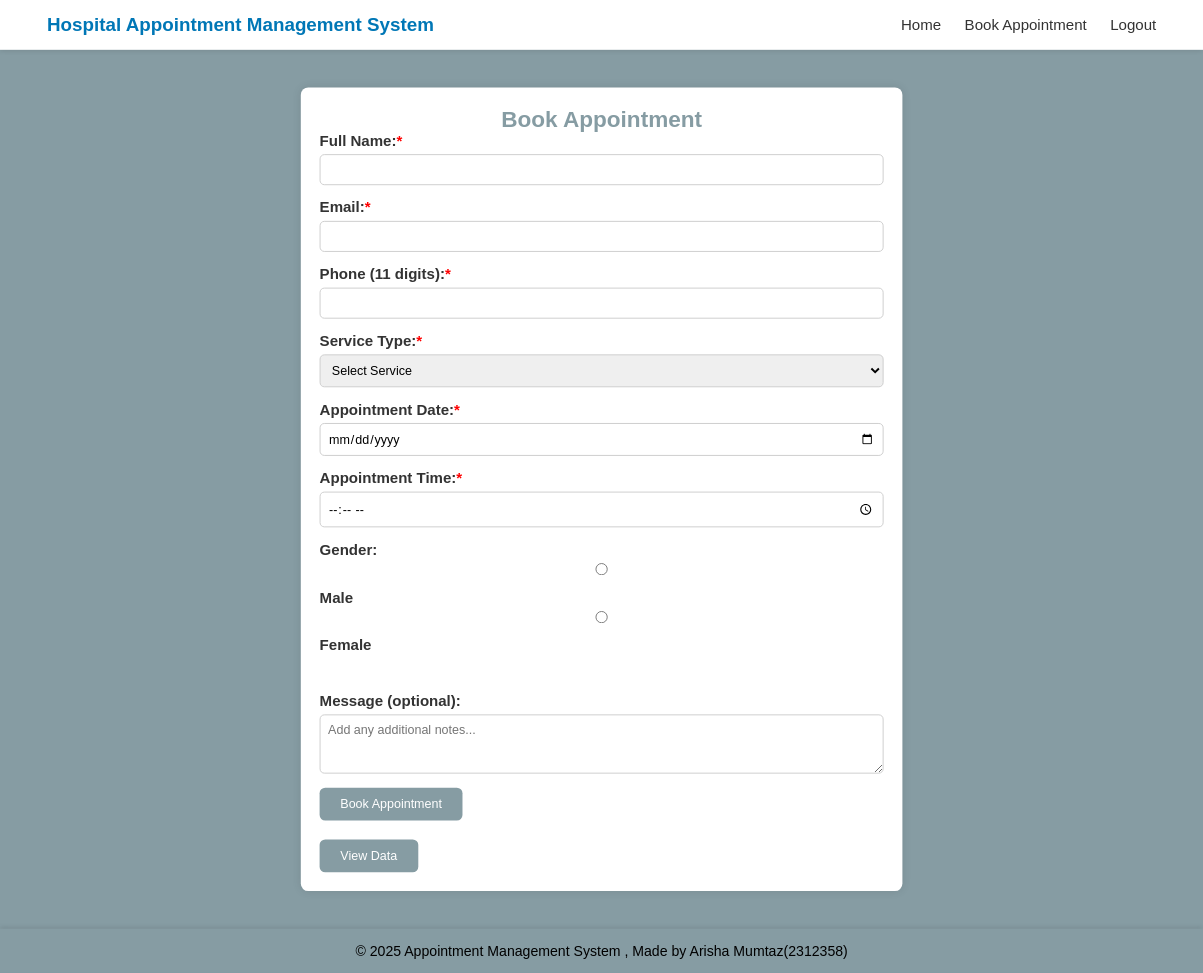
Repository: Arisha004/Hospital-appointment-management-system-
Page: http://localhost/
An editor plug-in stored every save of this project. The page is shown before and after the next save, followed by the edit.
The browser window is 1280 px wide. The pictures show the whole page, at 94% of full size.
The page is run by PHP 8.4 with error messages shown; the project is at /var/www/html/.

Above is the page before, as saved 2025-11-16 14:40:36.

After the next save:
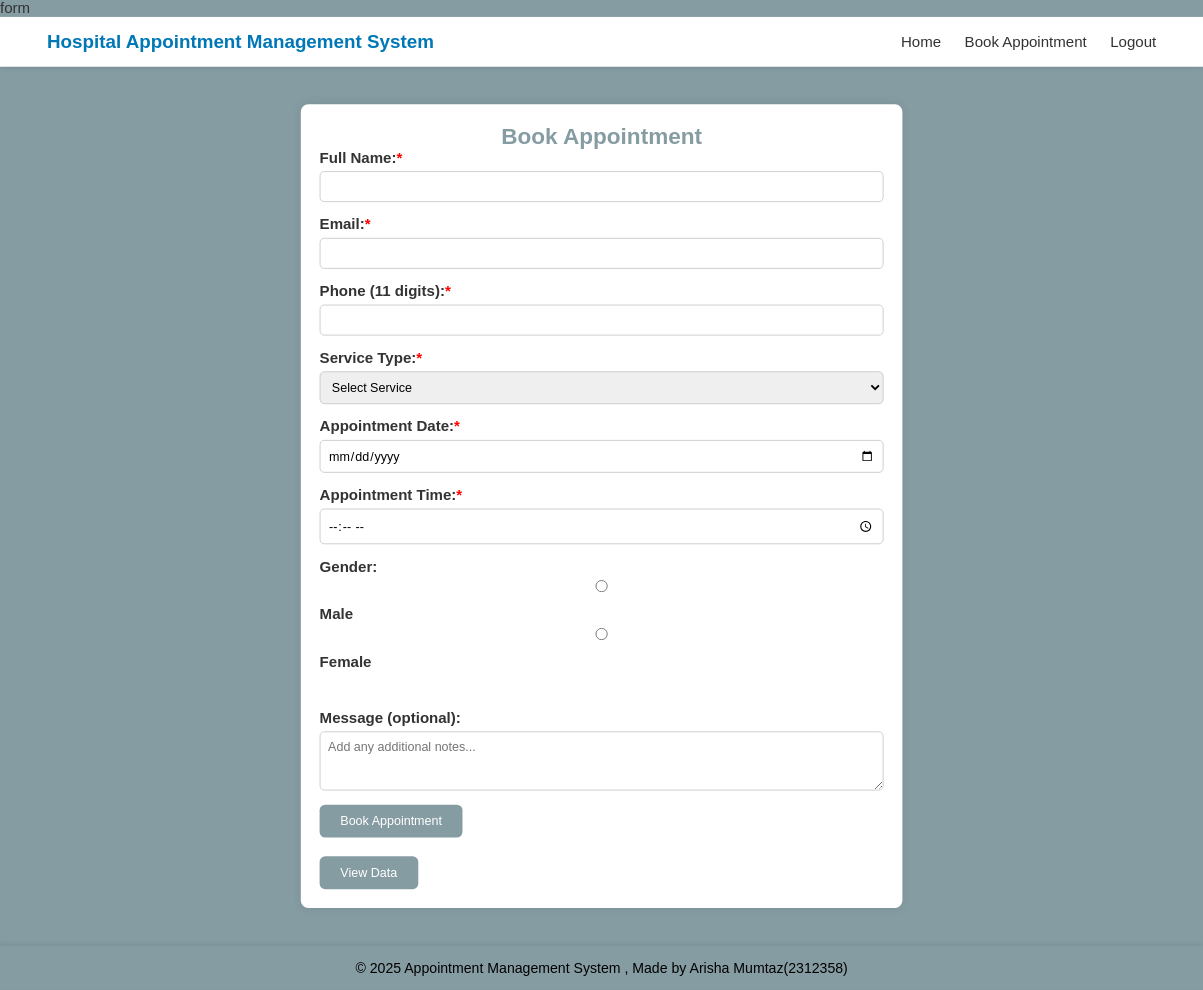
Saved 14 s later.
--- a/index.php
+++ b/index.php
@@ -2,7 +2,7 @@
 <head>
 <title>Book Appointment</title>
 <link rel="stylesheet" href="style2.css">
-
+form
 </head>
 <body>
  <header class="navbar">
